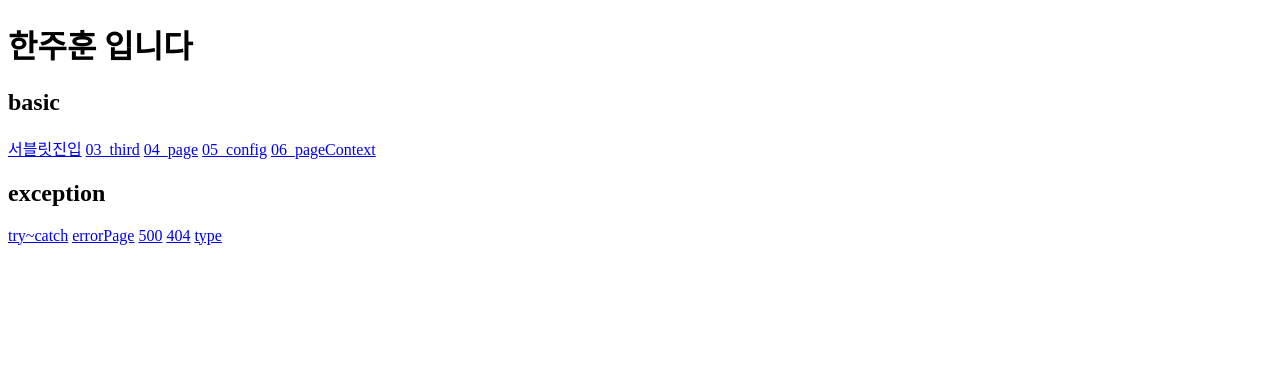
Repository: hjh5217/newJSP
Page: http://localhost/jspProj/
An editor plug-in stored every save of this project. The page is shown before and after the next save, followed by the edit.
The browser window is 1280 px wide. The pictures show the whole page.
The page is served by Tomcat 9. Other server files are loaded and not shown.

Above is the page before, as saved 2023-07-27 06:39:33.

### jspProj/src/main/webapp/index.jsp
<%@ page language="java" contentType="text/html; charset=UTF-8"
    pageEncoding="UTF-8"%>
<!DOCTYPE html>
<html>
<head>
<meta charset="UTF-8">
<title>jspProj 입니다</title>
</head>
<body>
	<h1>한주훈 입니다</h1>
	<h2>basic</h2>
	<a href="basic/First">서블릿진입</a>
	<a href="basic/03_third.jsp">03_third</a>
	<a href="basic/04_page.jsp">04_page</a>
	<a href="basic/05_config.jsp">05_config</a>
	<a href="basic/06_pageContext.jsp">06_pageContext</a>
	<h2>exception</h2>
	<a href="err/aaa.jsp">try~catch</a>
	<a href="err/bbb.jsp">errorPage</a>
	<a href="err/ccc.jsp">500</a>
	<a href="err/ddd.jsp">404</a>
	<a href="err/eee.jsp">type</a>
</body>
</html>

After the next save:
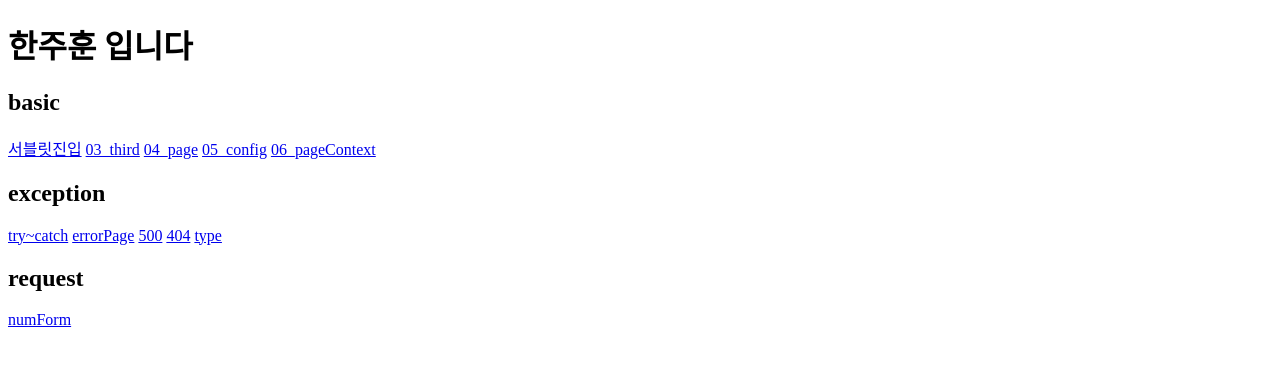
Saved 47 s later.
--- a/jspProj/src/main/webapp/index.jsp
+++ b/jspProj/src/main/webapp/index.jsp
@@ -20,5 +20,7 @@
 	<a href="err/ccc.jsp">500</a>
 	<a href="err/ddd.jsp">404</a>
 	<a href="err/eee.jsp">type</a>
+	<h2>request</h2>
+	<a href="request/numForm.jsp">numForm</a>
 </body>
 </html>
